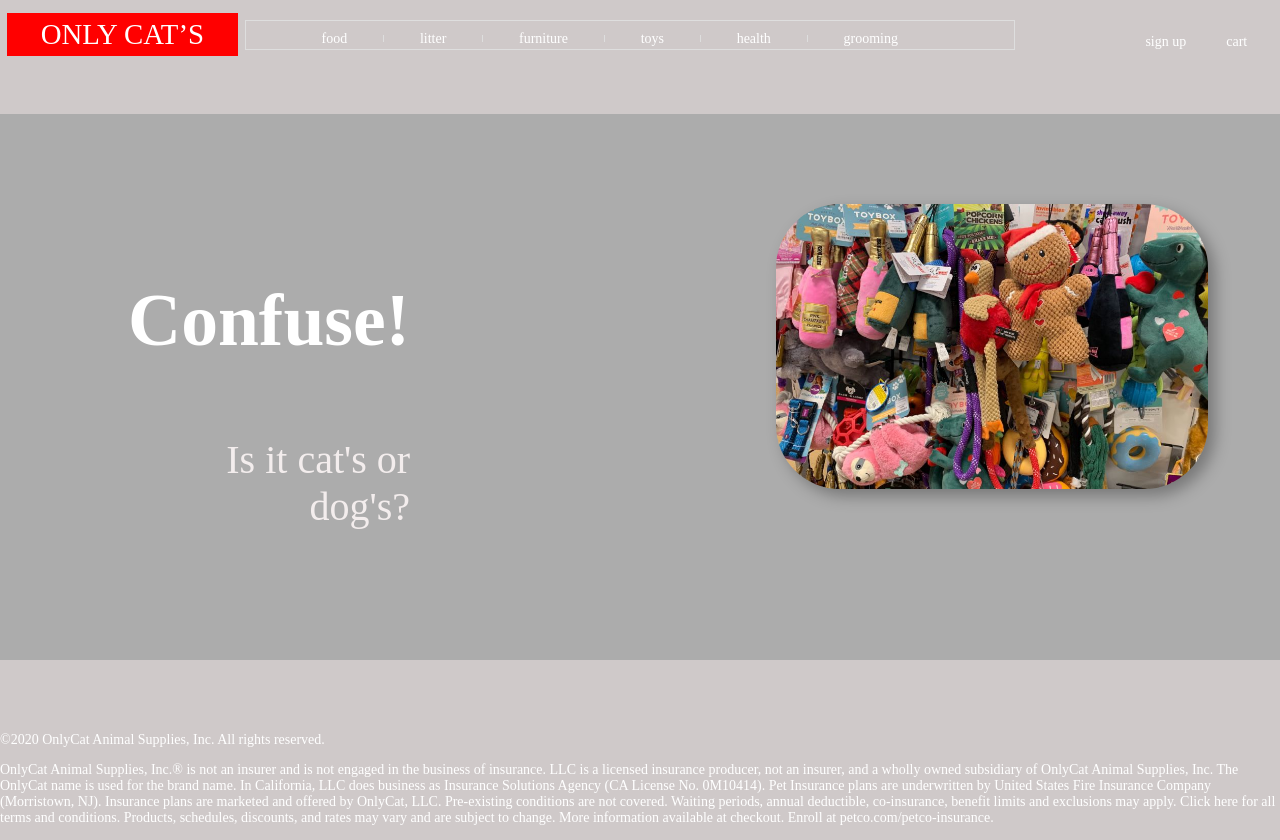
Repository: itson1115/chan_git
Page: cat/index2.html
These files come from the project's save history. The page is drawn as it stood at one moment and after the next save; the edit follows.
The browser window is 1280 px wide. The pictures show the whole page.

Above is the page before, as saved 2021-09-02 04:40:34.

After the next save:
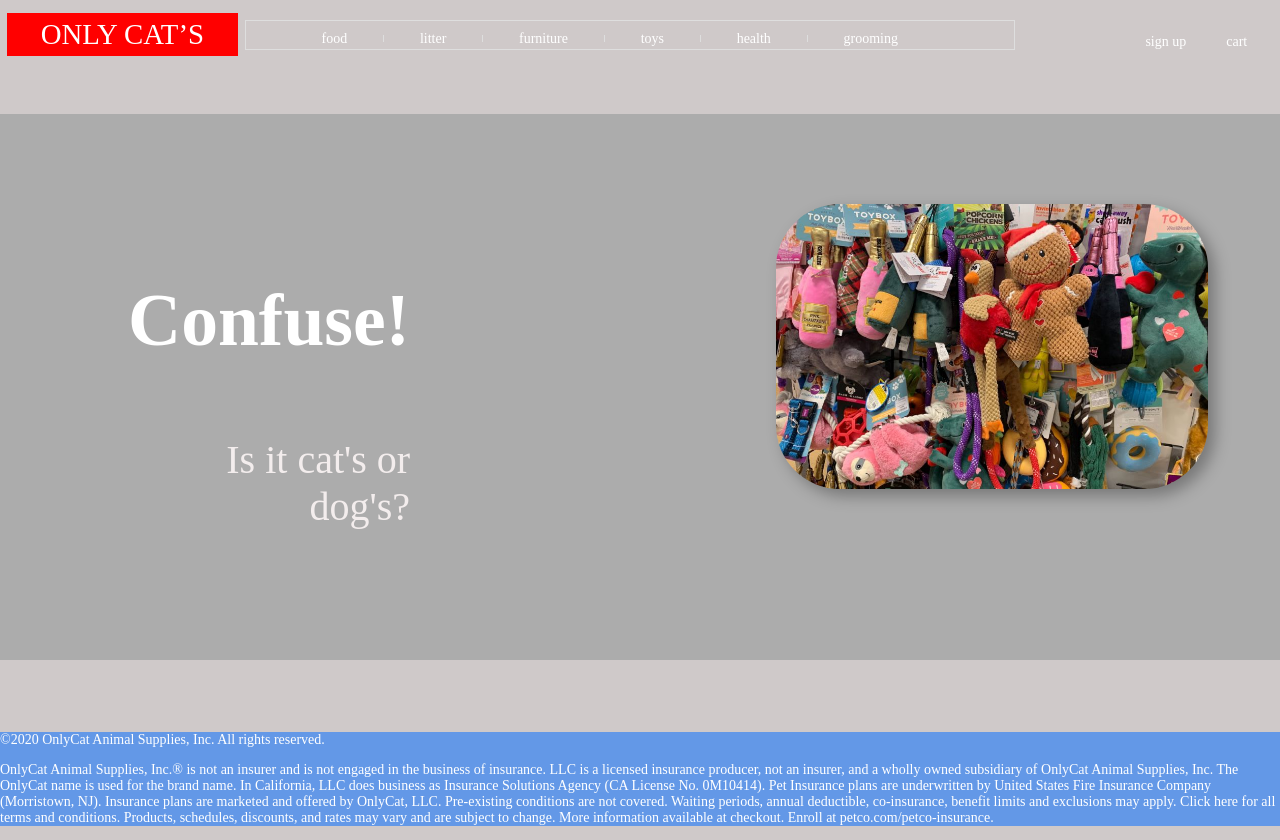
Saved 13 s later.
--- a/cat/css/style2.css
+++ b/cat/css/style2.css
@@ -129,5 +129,5 @@
 
 section.bottom {
   margin-top: 10vmin;
-  background: ;
+  background: #6398e7;
 }
